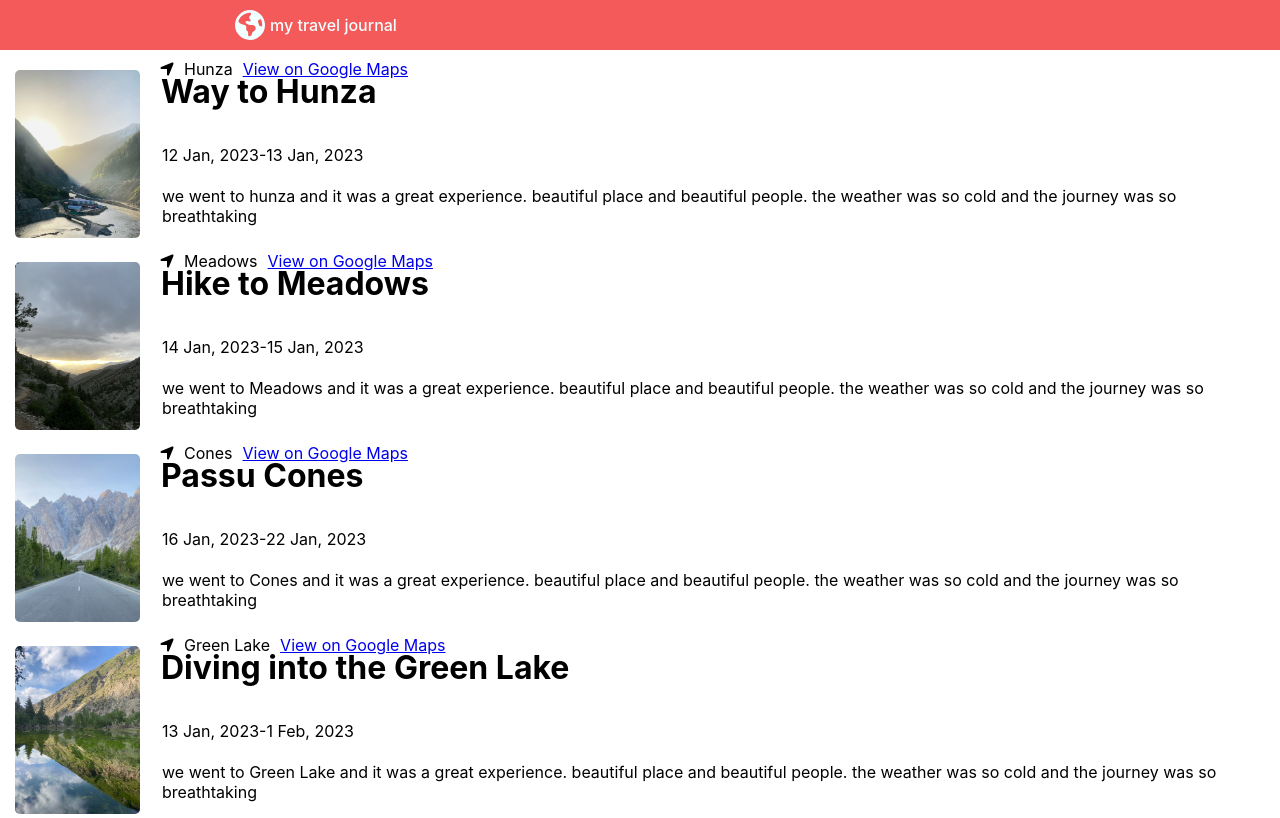
Repository: mortiestmorty1/travel-journal
Page: /
An editor plug-in stored every save of this project. The page is shown before and after the next save, followed by the edit.
The browser window is 1280 px wide. The pictures show the whole page.
The project was rebuilt for these pictures with package versions that can differ from the ones it lists, and the page was loaded fresh each time.

Above is the page before, as saved 2024-01-17 15:37:27.

After the next save:
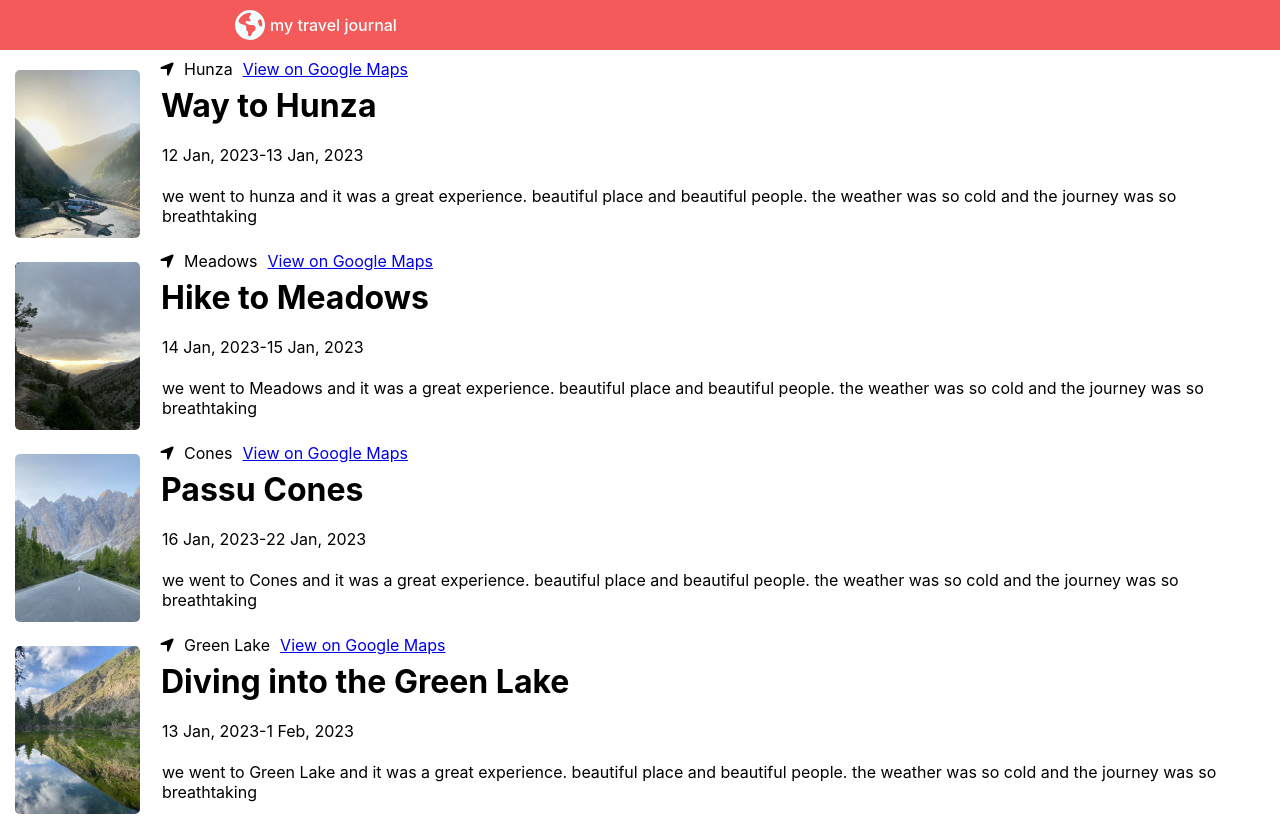
Saved 6 s later.
--- a/src/App.css
+++ b/src/App.css
@@ -56,7 +56,7 @@
 .Title{
   position: absolute;
   left: 161px;
-  bottom: 57%;
+  bottom: 50%;
 }
 .section2{
   position: absolute;
